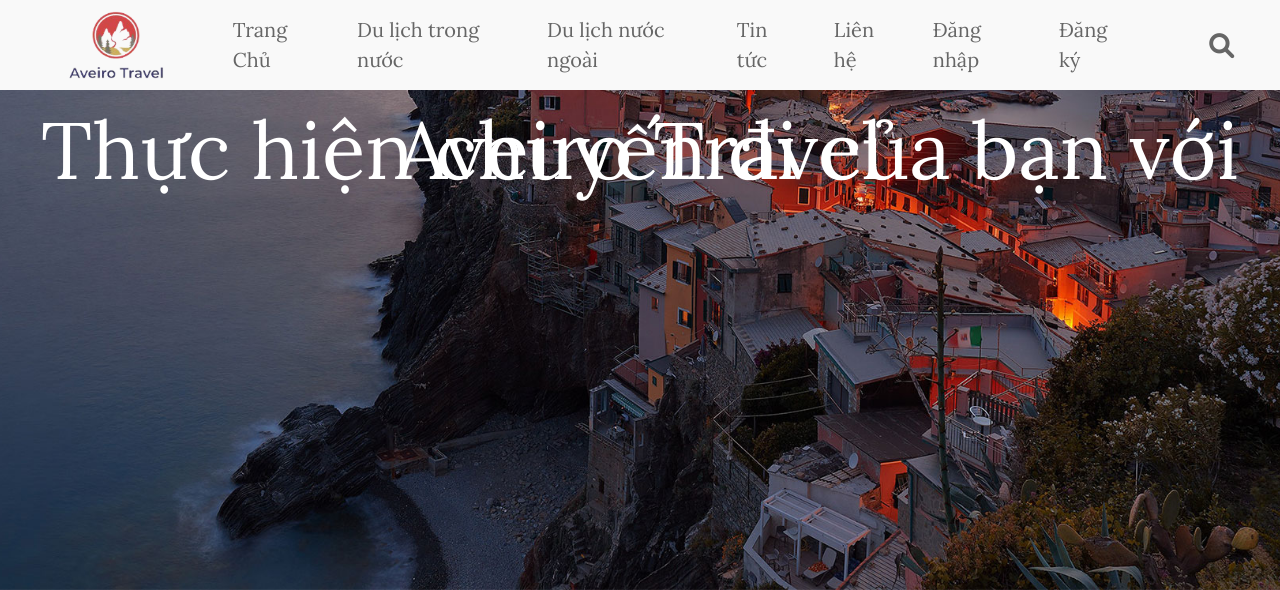
Repository: tuan842001/demotest
Page: /register
These files come from the project's save history. The page is drawn as it stood at one moment and after the next save; the edit follows.
The browser window is 1280 px wide. The pictures show the part of the page from y = 0 to 590 px (the page is 4241 px tall before and 1394 px after).
Pictures or frames that could not be fetched are drawn as grey boxes. The project was rebuilt for these pictures with package versions that can differ from the ones it lists, and the page was loaded fresh each time. Also part of the build but not shown: src/components/offers/offers.css, src/components/offers/Offers.jsx, src/pages/intour/Intour.jsx, src/pages/login/Login.jsx, src/pages/register/register.css.

Above is the page before, as saved 2021-10-14 17:43:37.

### public/index.html
<!DOCTYPE html>
<html lang="en">
  <head>
    <meta charset="utf-8" />
    <link rel="icon" href="%PUBLIC_URL%/favicon.ico" />
    <meta name="viewport" content="width=device-width, initial-scale=1" />
    <meta name="theme-color" content="#000000" />
    <meta name="description" content="Web site created using create-react-app"/>
    <link href="https://fonts.googleapis.com/css2?family=Lora:wght@400;500;600;700&display=swap" rel="stylesheet">
    <link rel="stylesheet" href="https://cdnjs.cloudflare.com/ajax/libs/font-awesome/6.0.0-beta2/css/all.min.css" integrity="sha512-YWzhKL2whUzgiheMoBFwW8CKV4qpHQAEuvilg9FAn5VJUDwKZZxkJNuGM4XkWuk94WCrrwslk8yWNGmY1EduTA==" crossorigin="anonymous" referrerpolicy="no-referrer" />
    <link href="https://fonts.googleapis.com/css2?family=Lora:ital,wght@1,700&family=Montserrat:wght@200&display=swap" rel="stylesheet">
    <link href="https://cdn.jsdelivr.net/npm/bootstrap@5.1.3/dist/css/bootstrap.min.css" rel="stylesheet" integrity="sha384-1BmE4kWBq78iYhFldvKuhfTAU6auU8tT94WrHftjDbrCEXSU1oBoqyl2QvZ6jIW3" crossorigin="anonymous">
    <title>Aveiro Travel</title>
  </head>
  <body>
    <noscript>You need to enable JavaScript to run this app.</noscript>
    <div id="root"></div>
  </body>
</html>

### src/App.js
import Home from './pages/home/Home';
import Intour from './pages/intour/Intour';
import Login from './pages/login/Login';
import Register from './pages/register/Register';
import TopBar from './components/topbar/TopBar';
import Bottombar from "./components/bottombar/Bottombar";
import "./app.css"
import {
  BrowserRouter as Router,
  Switch,
  Route,
  Link
} from "react-router-dom";


function App() {
  return (
    <Router>
    <TopBar />
      <Switch>
        <Route path="/">
          <Home />
        </Route>
        <Route path="/login">
          <Login />
        </Route>
        <Route path="/register">
          <Register />
        </Route>
      </Switch>
    </Router>
  );
}

export default App;

### src/pages/home/Home.jsx
import Header from "../../components/header/Header";
import Top from "../../components/top/Top";
import Posts from "../../components/posts/Posts";
import Last from "../../components/last/Last";
import Video from "../../components/video/Video";
import Popular from "../../components/popular/Popular";
import Bottombar from "../../components/bottombar/Bottombar";
import "./home.css";

export default function Home() {
  return (
    <>
      <Header />
      <div className="home">
        <Top />
        <Posts />
        <Top />
        <Posts />
      </div>
      <Last />
      <Video />
      <Popular />
      <Bottombar />
    </>
  );
}

### src/components/topbar/TopBar.jsx
import React from "react";
import "./topbar.css";

export default function TopBar() {
  return (
    <div className="top">
      <div className="topLeft">
        <img
          className="topImg"
          src="./assets/images/logoAveiroTravel.png"
          alt=""
        />
      </div>
      <div className="topCenter">
        <ul className="topList">
          <li className="topListItem">Trang Chủ</li>
          <li className="topListItem">Du lịch trong nước</li>
          <li className="topListItem">Du lịch nước ngoài</li>
          <li className="topListItem">Tin tức</li>
          <li className="topListItem">Liên hệ</li>
          <li className="topListItem">Đăng nhập</li>
          <li className="topListItem">Đăng ký</li>
        </ul>
      </div>
      <div className="topRight">
        <i className="topSearchIcon fas fa-search"></i>
      </div>
    </div>
  );
}

### src/components/bottombar/Bottombar.jsx
import "./bottombar.css";

export default function Bottombar() {
  return (
    <div className="bottombar">
      <div className="bottomLeft">
        <span className="bottomTitle">LIÊN HỆ</span>
        <span className="bottomText">Aveiro Travel</span>
        <span className="bottomText">Đường Z115 - xã Quyết Thắng</span>
        <span className="bottomText">TP. Thái Nguyên – tỉnh Thái Nguyên</span>
      </div>
      <div className="bottomCenter">
        <span className="bottomText">Phone: 0966245700</span>
        <span className="bottomText">Email: Averirotravel@gmail.com</span>
        <span className="bottomText">
          Liên hệ với chúng tôi <i></i>
        </span>
        <div className="bottomItem">
          <i className="bottomIcon fab fa-facebook-f"></i>
          <i className="bottomIcon fab fa-instagram"></i>
          <i className="bottomIcon fab fa-youtube"></i>
        </div>
      </div>
      <div className="bottomRight">
        <span className="bottomText">Đăng ký để nhận những tour mới nhất</span>
        <div className="bottomSubscribe">
          <input
            type="email"
            id="bottom_input"
            className="bottom_input"
            placeholder="Email của bạn"
          />
          <button type="submit" id="bottom_button" class="bottom_button">
            Đăng ký
          </button>
        </div>
      </div>
    </div>
  );
}

### src/app.css
*{
    margin: 0;
    padding: 0;
    -webkit-font-smoothing: antialiased;
    -webkit-text-shadow: rgba(0,0,0,.01) 0 0 1px;
    text-shadow: rgb(0 0 0 / 1%) 0 0 1px;
}
body{
    font-family: 'Montserrat', sans-serif;
    font-size: 14px;
    font-weight: 400;
    background: #FFFFFF;
    color: #131a2f;
}
ul{
    list-style: none;
    margin-bottom: 0px;
}
a{
    display: block;
    font-size: 16px;
    font-weight: 500;
    /* line-height: 56px; */
    text-decoration: none;
    background-color: transparent;
}
.container{
    width: 100%;
    padding-right: 15px;
    padding-left: 15px;
    margin-right: auto;
    margin-left: auto;
    position: relative;
}
.row{
    display: -ms-flexbox;
    display: flex;
    -ms-flex-wrap: wrap;
    flex-wrap: wrap;
    padding-top: 40px;
    padding-bottom: 65px;
    margin-left: calc(50% - 585px);
    margin-right: calc(50% - 585px);
}
.col{
    -ms-flex-preferred-size: 0;
    flex-basis: 0;
    -ms-flex-positive: 1;
    flex-grow: 1;
    max-width: 100%;
}
.sectionTitle{
    padding-top: 30px;
    line-height: 1.1;
    font-size: 40px;
    font-weight: 300;
    text-align: center!important;

}
.sectionTitle div {
    font-size: 16px;
    font-weight: 600;
    color: #7d8293;
    text-transform: uppercase;
    margin-top: 19px;
}
img{
    vertical-align: middle;
    border-style: none;
}
div{
    display: block;
    position: relative;
    -webkit-box-sizing: border-box;
    -moz-box-sizing: border-box;
    box-sizing: border-box;
}


.dropdown-content {
    display: none;
    position: absolute;
    right: 0;
    top: 100%;
    margin: 0;
    width: 100%;
    background: #FFFFFF;

    z-index: 1;
    box-shadow: 0 15px 25px rgb(63 78 100 / 15%);
}

.dropdown:hover .dropdown-content {
    display: block;
}

### src/components/header/Header.jsx
import "./header.css";

export default function Header() {
  return (
    <div className="header">
      <div className="headerTitles">
        <span className="headerTitleSm">Thực hiện chuyến đi của bạn với</span>
        <span className="headerTitleLg">Aveiro Travel</span>
      </div>
      <img className="headerTitImg" src="./assets/images/elements.jpg" alt="" />
    </div>
  );
}

### src/components/top/Top.jsx
import "./top.css";

export default function Top() {
  return (
    <div className="tops">
      <div className="rowTop">
        <div className="col">
          <div className="sectionTitle">
            <h2>DU LỊCH NƯỚC NGOÀI</h2>
            <div>Tour Đón Giáng Sinh Và Năm Mới 2019</div>
          </div>
        </div>
        <div className="row"></div>
      </div>
    </div>
  );
}

### src/components/posts/Posts.jsx
import Post from "../post/Post";
import IntourPost from "../intourPost/IntourPost";
import "./posts.css";

export default function Posts() {
  return (
    <div className="posts">
      <IntourPost />
      <Post />
      <Post />
    </div>
  );
}

### src/components/last/Last.jsx
import "./last.css";

export default function Last() {
  return (
    <div className="last">
      <img className="lastImg" src="./assets/images/last.jpg" alt="" />
      <div className="container">
        <div className="row">
          <div className="lastLeft">
            <div className="lastItem">
              <div className="lastItemContainer">
                <div className="lastSubtitle">Averio Travel</div>
                <div className="lastPercent">50%</div>
                <div className="lastTitle">
                  NHỮNG ĐỊA ĐIỂM VUI CHƠI Ở SENTOSA SINGAPORE TUYỆT ĐỐI KHÔNG
                  THỂ BỎ LỠ
                </div>
                <div className="lastText">
                  Toàn bộ Sentosa có 4 khu giải trí và nghỉ dưỡng, bao gồm:
                  Imbiah Lookout, Siloso Point, Beaches và Resorts World Sentosa
                  với nhiều khu vui chơi giải trí phù hợp với nhu cầu của khách
                  tham quan.
                </div>
                <div className="lastButton">
                  <a href="#">Xem chi tiết</a>
                </div>
              </div>
            </div>
          </div>
          <div className="lastRight">
            <div className="lastItem">
              <div className="lastItemContainer">
                <div className="lastSubtitle">Averio Travel</div>
                <div className="lastPercent">50%</div>
                <div className="lastTitle">Tháp Eiffel Có Áo Mới</div>
                <div className="lastText">
                  Kể từ thời điểm này, nếu bạn đến Paris và ghé thăm tháp Eiffel
                  ở cự ly gần sẽ được nhìn thấy một bức tường kính ngay dưới
                  chân tháp.
                </div>
                <div className="lastButton">
                  <a href="#">Xem chi tiết</a>
                </div>
              </div>
            </div>
          </div>
        </div>
      </div>
    </div>
  );
}

### src/components/video/Video.jsx
import "./video.css";

export default function Video() {
  return (
    <div className="video">
      <img className="videoBackground" src="./assets/images/video.jpg" alt="" />
      <div className="videoContent">
        <div className="videoTitle">Một ngày trên đảo</div>
        <div className="videoSubtitle">
          Chuyến đi do nhóm Averio Travel tổ chức
        </div>
        <div className="videoPlay">
          <a
            className="videoTest"
            href="https://www.youtube.com/watch?v=1La4QzGeaaQ"
          >
            <img src="./assets/images/play.png" alt="" />
          </a>
        </div>
      </div>
    </div>
  );
}

### src/components/intourPost/IntourPost.jsx
import "./intourPost.css";

export default function IntourPost() {
  return (
    <div className="intourPost">
      <img
        className="postImg"
        src="http://localhost/halotrip/view/images/tour/Hollywood-Walk-of-Fame_220247812.jpg"
        alt=""
      />
      <div className="postInfo">
        <span className="postPrice">7.555.000 VND</span>

        <span className="postTitle">DU LỊCH HONG KONG</span>
      </div>
    </div>
  );
}

### src/components/topbar/topbar.css
.top{
    width: 100%;
    height: 90px;
    background-color: #f9f9f9;
    position: sticky;
    top: 0;
    display: flex;
    align-items: center;
    font-family: 'Lora', serif;
    color: #666;
    z-index: 999;
}

.topLeft{
    flex: 2;
    display: flex;
    align-items: center;
    justify-content: center;
}
.topCenter{
    flex: 8;
}
.topRight{
    flex: 1;
    display: flex;
    align-items: center;
    justify-content: center;
}
.topImg{
    width: 140px;
    height: 140px;
    object-fit: cover;
}
.topList{
    display: flex;
    justify-content: end;
    margin: 0;
    padding: 0;
    list-style: none;
}
.topListItem{
    margin-right: 40px;
    font-size: 20px;
    font-weight: 400;
    cursor: pointer;
}
.topSearchIcon{
    font-size: 25px;
    color: #666;
    cursor: pointer;
}

### src/components/bottombar/bottombar.css
.bottombar{
    width: 100%;
    height: 300px;
    background-color: #080d1d;
    display: flex;
    align-items: center;
    font-family: 'Lora', serif;
    color: #fff;
    font-size: 18px;
    position: absolute;
}
.bottomLeft, .bottomCenter {
    flex: 3;
    display: flex;
    flex-direction: column;
    justify-content: center;
    margin-left: 74px;
}

.bottomRight{
    flex: 4;
    display: flex;
    flex-direction: column;
    justify-content: center;
}
.bottomTitle{
    font-size: 25px;
    font-weight: 700;
    margin-bottom: 25px;
}
.bottomText{
    margin-bottom: 10px;
}
.bottomIcon{
    font-size: 35px;
    margin-top: 15px;
    margin-right: 50px;
    cursor: pointer;
}
.bottomSubscribe{
    display: flex;
    margin-top: 20px;
}
.bottom_input{
    width: calc(65% - 100px);
    height: 56px;
    border: solid 2px rgba(255,255,255,0.5);
    outline: none;
    background: transparent;
    padding-left: 31px;
    color: #FFFFFF;
}
.bottom_button{
    width: 161px;
    height: 62px;
    vertical-align: top;
    cursor: pointer;
    border: none;
    outline: none;
    background: #fe364a;
    color: #FFFFFF;
    font-size: 16px;
    margin-left: 20px;
    font-weight: 500;
    -webkit-transition: all 200ms ease;
    -moz-transition: all 200ms ease;
    -ms-transition: all 200ms ease;
    -o-transition: all 200ms ease;
    transition: all 200ms ease;
}

### src/components/header/header.css

.headerTitles{
    display: flex;
    flex-direction: column;
    align-items: center;
    font-family: 'Lora', serif;
    color: #fff;
}
.headerTitleSm{
    position: absolute;
    top: 20%;
    font-size: 80px;
}
.headerTitleLg{
    position: absolute;
    top: 30%;
    font-size: 80px;
}
.headerTitImg{
    width: 100%;
    height: 500px;
    object-fit: cover;
}

### src/components/top/top.css
.sectionTitle h2 {
    font-weight: 300;
    color: #131a2f;
    font-size: 40px !important;
}
.rowTop{
    display: -ms-flexbox;
    display: flex;
    -ms-flex-wrap: wrap;
    flex-wrap: wrap;
    padding-top: 6px;
    padding-bottom: 40px;
    margin-left: calc(50% - 585px);
    margin-right: calc(50% - 585px);
}

### src/components/post/Post.jsx
import "./post.css";
export default function Post() {
  return (
    <div className="post">
      <img
        className="postImg"
        src="http://localhost/halotrip/view/images/tour/Hollywood-Walk-of-Fame_220247812.jpg"
        alt=""
      />
      <div className="postInfo">
        <span className="postPrice">7.555.000 VND</span>

        <span className="postTitle">DU LỊCH HONG KONG</span>
      </div>
    </div>
  );
}

### src/components/posts/posts.css
.posts {
    display: flex;
    flex-wrap: wrap;
    align-items: center;
    justify-content: center;
    width: 100%;
    padding-right: 15px;
    padding-left: 15px;
    margin-right: auto;
    margin-left: auto;
}

### src/components/last/last.css
.last{
    position: relative;
    font-family: 'Montserrat', sans-serif;
}
.lastImg{
    width: 100%;
    height: 100%;
    object-fit: cover;
    position: absolute;
    top: 0;
    left: 0;
}
.lastLeft, .lastRight{
    flex: 0 0 50%;
    max-width: 50%;
}
.lastItem{
    padding-right: calc(30% - 100px);
}
.lastItemContainer{
    background: rgba(254, 64, 91, 0.79);
    padding-top: 53px;
    padding-bottom: 35px;
    color: #FFFFFF;
    text-align: center;
    padding-left: 90px;
    padding-right: 80px;
}
.lastSubtitle {
    font-size: 16px;
    font-weight: 500;
    text-transform: uppercase;
    text-align: left;
}
.lastPercent{
    font-size: 160px;
    font-weight: 100;
    line-height: 0.75;
    margin-top: 14px;
    text-align: left;
}
.lastTitle{
    font-size: 40px;
    font-weight: 300;
    text-align: left;
    margin-top: 7px;
    line-height: 1.1;
}
.lastText{
    font-size: 14px;
    font-weight: 400;
    text-align: center;
    line-height: 2.14;
    margin-top: 15px;
}
.lastButton{
    margin-top: 37px;
    display: inline-block;
    width: 161px;
    height: 56px;
    background: #131a2f;

}

### src/components/video/video.css
.video {
    padding-top: 144px;
    padding-bottom: 198px;
    position: relative;
    font-family: 'Montserrat', sans-serif;
}
.video div {
    display: block;
    position: relative;
    -webkit-box-sizing: border-box;
    -moz-box-sizing: border-box;
    box-sizing: border-box;

}
.videoBackground{
    position: absolute;
    top: 0;
    left: 0;
    width: 100%;
    height: 100%;
    min-height: 400px;
    object-fit: cover;
    background: transparent;
}
.videoContent{
    width: auto;
    text-align: center;
    padding-left: 15px;
    padding-right: 15px;
}
.videoTitle{
    font-size: 30px;
    font-weight: 300;
    color: #FFFFFF;
}
.videoSubtitle{
    font-size: 14px;
    font-weight: 300;
    color: #FFFFFF;
    margin-top: 3px;
}
.videoPlay{
    margin: 0 auto;
    margin-top: 43px;
    cursor: pointer;
    width: 14%;
}
.videoTest{
    outline: none;
}

### src/components/popular/popular.css
.popular div{
    display: block;
    position: relative;
    -webkit-box-sizing: border-box;
    -moz-box-sizing: border-box;
    box-sizing: border-box;
}
.popular{
    width: 100%;
    background: #FFFFFF;
    font-family: 'Montserrat', sans-serif;
}
.popularList{
    width: 100%;
    align-items: center!important;
    justify-content: space-between!important;
    flex-direction: row!important;
    flex-wrap: wrap!important;
    display: flex!important;

}
.popularItem{
    width: calc((100% - 90px) / 4);
    margin-bottom: 26px;
}
.popularItem img{
    max-width: 100%;
    vertical-align: middle;
    border-style: none;
}

.popularItemText{
    position: absolute;
    left: 28px;
    bottom: 60px;
    z-index: 10;
}
.popularItemTitle{
    font-size: 20px;
    font-weight: 600;
    color: #FFFFFF;

}

### src/components/intourPost/intourPost.css
.intourPost {
    width: 360px;
    margin: 0px 25px 40px 25px;
    cursor: pointer;
    position: relative;
}
.postImg{
    width: 100%;
    height: 240px;
    object-fit: cover;
    border-radius: 7px;
}
.postInfo{
    display: flex;
    flex-direction: column;
    left: 33px;
    bottom: 75px;
    color: #fff;
}
.post div {
    position: relative;
    box-sizing: border-box;
}
.postTitle{
    font-family: 'Lora', serif;
    font-size: 20px;
    font-weight: 700;
    margin-top: 2px;
}
.postPrice{
    font-family: 'Lora', serif;
    font-style: italic;
}

### src/components/post/post.css
.post {
    width: 360px;
    margin: 0px 25px 40px 25px;
    cursor: pointer;
    position: relative;

}
.postImg{
    width: 100%;
    height: 240px;
    object-fit: cover;
    border-radius: 7px;
}
.postInfo{
    display: flex;
    flex-direction: column;
    left: 33px;
    bottom: 75px;
    color: #fff;
}
.post div {
    position: relative;
    box-sizing: border-box;
}
.postTitle{
    font-family: 'Lora', serif;
    font-size: 20px;
    font-weight: 700;
    margin-top: 2px;
}
.postPrice{
    font-family: 'Lora', serif;
    font-style: italic;
}

### src/pages/login/login.css
.loginImg{
    position: absolute;
    top: 0;
    left: 0;
    width: 100%;
    height: 100%;
    background-repeat: no-repeat;
    background-size: cover;
    background-position: center center;
}
.loginContent{
    width: 100%;
    height: 401px;
    top: -15%;
}
.loginTitle{
    font-size: 48px;
    font-weight: 700;
    color: #FFFFFF;
    text-align: center;
}
.loginContentInner{
    position: absolute;
    top: 30%;
    left: 0;
    width: 100%;
    text-align: left;
}
.loginForm{
    text-align: center;
}
.loginMain{
    background: #ffffff none repeat scroll 0 0;
    border-radius: 2px;
    margin: 10px auto 30px;
    max-width: 50%;
    padding: 50px 70px 70px 71px;
    bottom: 190px;
}
.form-group{
    margin-bottom: 10px;
}
.loginform{
    background: #f7f7f7 none repeat scroll 0 0;
    border: 1px solid #d4d4d4;
    border-radius: 4px;
    font-size: 14px;
    height: 50px;
    line-height: 50px;
    font-weight: 700;
}
.forgot {
    text-align: left;
    margin-bottom: 30px;
}
.forgot a {
    font-weight: 700;
    color: #777777;
    font-size: 14px;
    text-decoration: underline;
}
.login-form {
    background: #fe435b none repeat scroll 0 0;
    border-color: #fe435b;
    color: #ffffff;
    font-size: 14px;
    width: 100%;
    height: 50px;
    line-height: 50px;
    padding: 0;
    font-weight: 700;
}

Loaded but not shown: src/index.js (common file); src/pages/home/home.css (common file); src/pages/register/Register.jsx (98 lines, source omitted); src/components/popular/Popular.jsx (70 lines, source omitted); src/pages/intour/intour.css (no stored copy; drawn as an empty file)

After the next save:
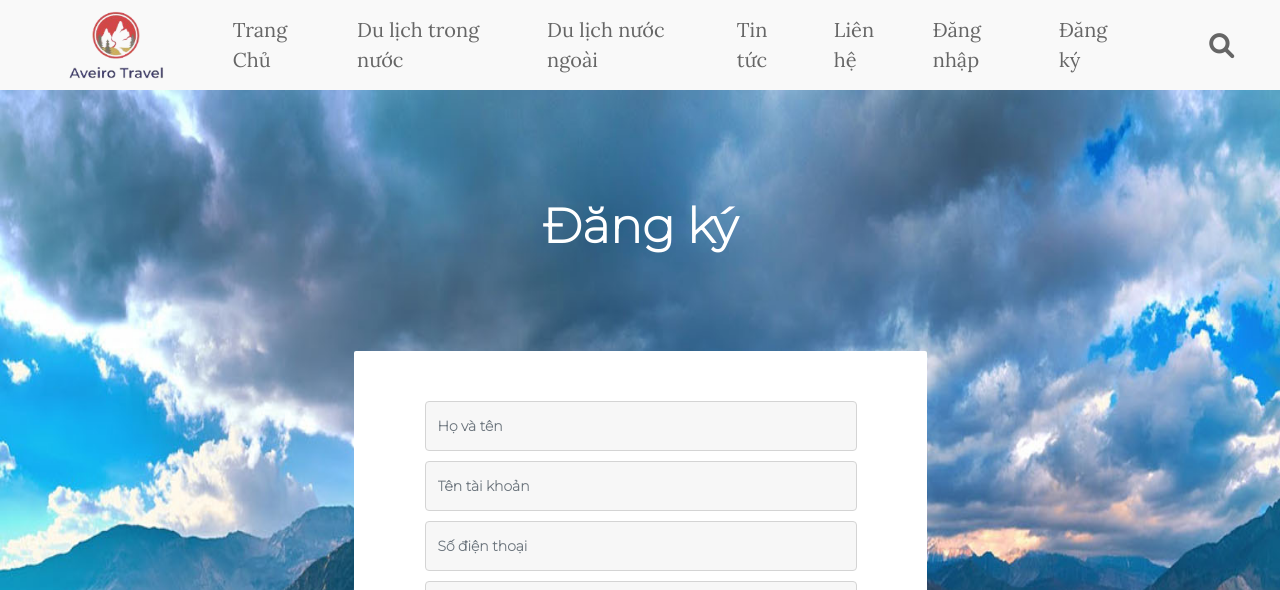
Saved 19 s later.
--- a/src/App.js
+++ b/src/App.js
@@ -19,7 +19,7 @@
     <TopBar />
       <Switch>
         <Route path="/">
-          <Home />
+          <Register />
         </Route>
         <Route path="/login">
           <Login />

After the 2 saves that followed:
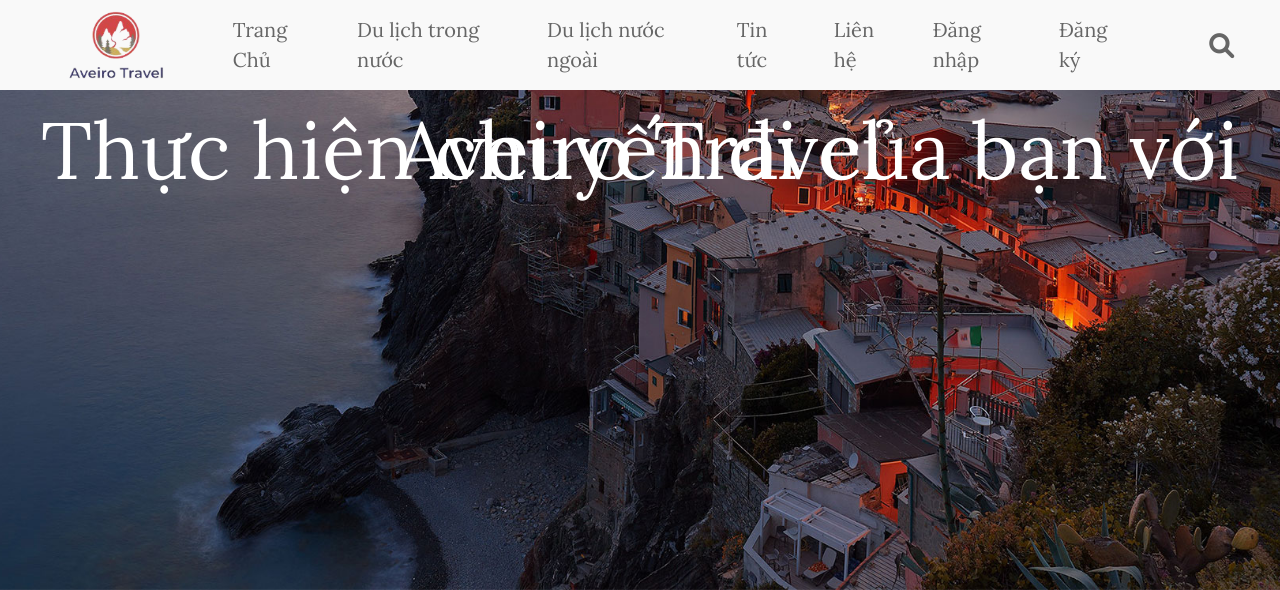
The 2 saves are shown as one change because 1 left the picture as it was.
The last was saved 79 s later.
--- a/src/App.js
+++ b/src/App.js
@@ -18,14 +18,14 @@
     <Router>
     <TopBar />
       <Switch>
-        <Route path="/">
-          <Register />
-        </Route>
         <Route path="/login">
           <Login />
         </Route>
+        <Route path="/">
+          <Home />
+        </Route>
         <Route path="/register">
-          <Register />
+          <Home />
         </Route>
       </Switch>
     </Router>
